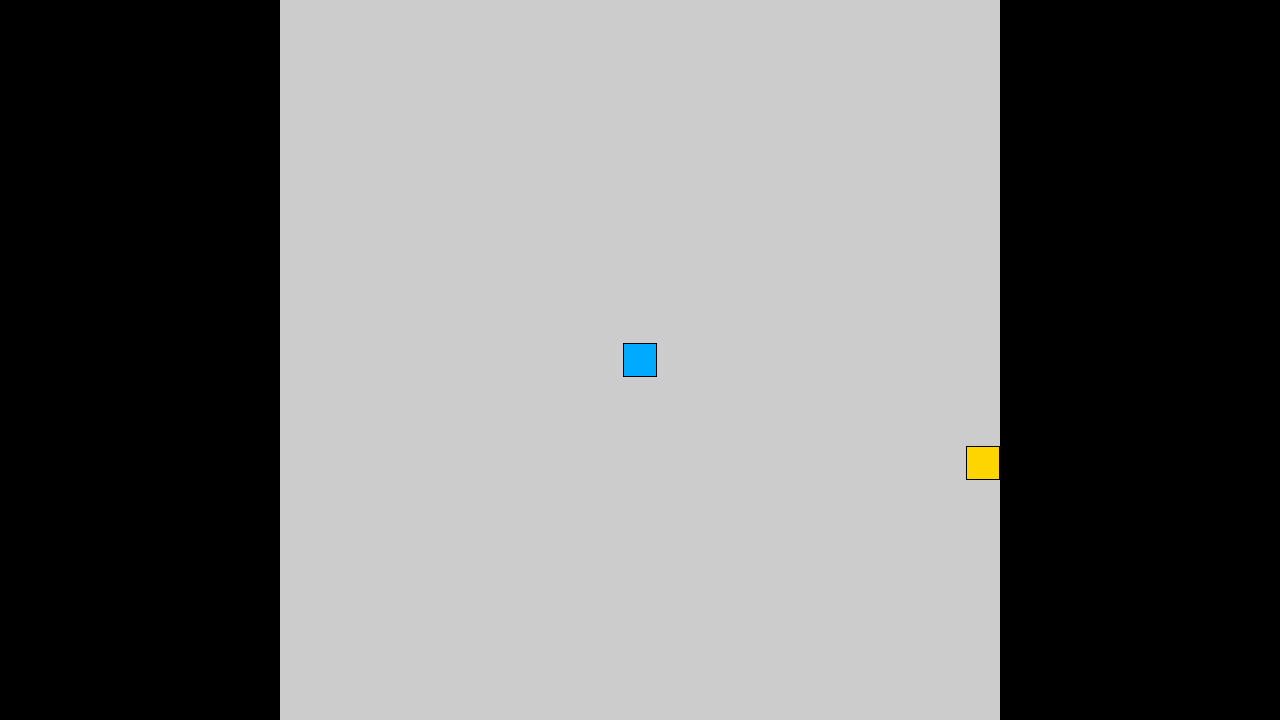
Repository: jinghuai8092/Snake_Game
Page: index.html
An editor plug-in stored every save of this project. The page is shown before and after a run of saves, followed by the edit.
The browser window is 1280 px wide. The pictures show the whole page.

Above is the page before, as saved 2021-11-16 14:38:47.
Console error: ReferenceError: outsideGrid is not defined

### index.html
<!DOCTYPE html>
<html lang="en">

<head>
    <meta charset="UTF-8">
    <meta http-equiv="X-UA-Compatible" content="IE=edge">
    <meta name="viewport" content="width=device-width, initial-scale=1.0">
    <title>Snake Game</title>
    <style>
        body {
            height: 100vh;
            width: 100vw;
            display: flex;
            justify-content: center;
            align-items: center;
            margin: 0;
            background-color: black;
        }

        #game-board {
            background-color: #ccc;
            width: 100vmin;
            height: 100vmin;
            display: grid;
            grid-template-rows: repeat(21, 1fr);
            grid-template-columns: repeat(21, 1fr);
        }

        .snake {
            background-color: hsl(200, 100%, 50%);
            border: .25vmin solid black;
        }

        .food {
            background-color: hsl(50, 100%, 50%);
            border: .25vmin solid black;
        }
    </style>
    <script src="game.js" defer type="module"></script>
</head>

<body>
    <div id="game-board">

    </div>
</body>

</html>

### game.js
import { update as updateSnake, draw as drawSnake, SNAKE_SPEED } from './snake.js'
import { update as updateFood, draw as drawFood } from './food.js'

let lastRenderTime = 0
let gameOver=false
const gameBoard = document.getElementById('game-board')

function main(currentTime) {
    if(gameOver){
       return alert('You lose')
    }
    window.requestAnimationFrame(main)
    const secondsSinceLastRender = (currentTime - lastRenderTime) / 1000
    if (secondsSinceLastRender < 1 / SNAKE_SPEED) return
    console.log('RENDER')
    lastRenderTime = currentTime

    update()
    draw()
    checkDeath()

}
window.requestAnimationFrame(main)

function update() {
    updateSnake()
    updateFood()
}

function draw() {
    gameBoard.innerHTML = ''
    drawSnake(gameBoard)
    drawFood(gameBoard)
}

function checkDeath() {
    gameOver = outsideGrid(getSnakeHead() || snakeIntersection())
}

### snake.js
import { getInputDirection } from "./input.js";

export const SNAKE_SPEED = 2
const snakeBody = [
    { x: 11, y: 11 }
];
let newSegments = 0;

export function update() {
    addSegments()

    const inputDirection = getInputDirection()
    for (let i = snakeBody.length - 2; i >= 0; i--) {
        snakeBody[i + 1] = { ...snakeBody[i] }
    }

    snakeBody[0].x += inputDirection.y
    snakeBody[0].y += inputDirection.x
}
export function draw(gameBoard) {
    snakeBody.forEach(segment => {
        const snakeElement = document.createElement('div')
        snakeElement.style.gridRowStart = segment.x
        snakeElement.style.gridColumnStart = segment.y
        snakeElement.classList.add('snake');
        gameBoard.appendChild(snakeElement)
    })
}

export function expandSnake(amount) {
    newSegments += amount
}
export function onSnake(position) {
    return snakeBody.some(segment => {
        return equalPositions(segment, position)
    })
}
export function getSnakeHead(){
    return snakeBody[0]
}

function equalPositions(pos1, pos2) {
    return (
        pos1.x === pos2.x && pos1.y === pos2.y
    )
}

function addSegments() {
    for (let i = 0; i < newSegments; i++) {
        snakeBody.push({ ...snakeBody[snakeBody.length - 1] })
    }
    newSegments=0
}

### food.js
import { randomGridPosition } from './grid.js'
import { onSnake, expandSnake } from './snake.js'
let food = getRandomFoodPosition()
const EXPANSION_RATE = 1

export function update() {
    if (onSnake(food)) {
        expandSnake(EXPANSION_RATE)
        food = getRandomFoodPosition()
    }
}
export function draw(gameBoard) {
    const foodElement = document.createElement('div')
    foodElement.style.gridRowStart = food.x
    foodElement.style.gridColumnStart = food.y
    foodElement.classList.add('food');
    gameBoard.appendChild(foodElement)
}
function getRandomFoodPosition() {
    let newFoodPosition
    while (newFoodPosition == null || onSnake(newFoodPosition)) {
        newFoodPosition = randomGridPosition()
    }
    return newFoodPosition
}

### input.js
let inputDirection = { x: 0, y: 0 }
let lastInputDirection = { x: 0, y: 0 }

window.addEventListener('keydown', e => {
    switch (e.key) {
        case "ArrowUp":
            if (lastInputDirection.y !== 0) break
            inputDirection = { x: 0, y: -1 }
            break
        case "ArrowDown":
            if (lastInputDirection.y !== 0) break
            inputDirection = { x: 0, y: 1 }
            break
        case "ArrowLeft":
            if (lastInputDirection.x !== 0) break
            inputDirection = { x: -1, y: 0 }
            break
        case "ArrowRight":
            if (lastInputDirection.x !== 0) break
            inputDirection = { x: 1, y: 0 }
            break
    }
})
export function getInputDirection() {
    return inputDirection
}

### grid.js
const GRID_SIZE=21
export function randomGridPosition(){
    return {
        x:Math.floor(Math.random()*GRID_SIZE)+1,
        y:Math.floor(Math.random()*GRID_SIZE)+1
    }
}
export function outsideGrid(position){
    return(
        position.x<1||position.x>GRID_SIZE||position.y<1||position.y>GRID_SIZE
    )
}

After the next 2 saves:
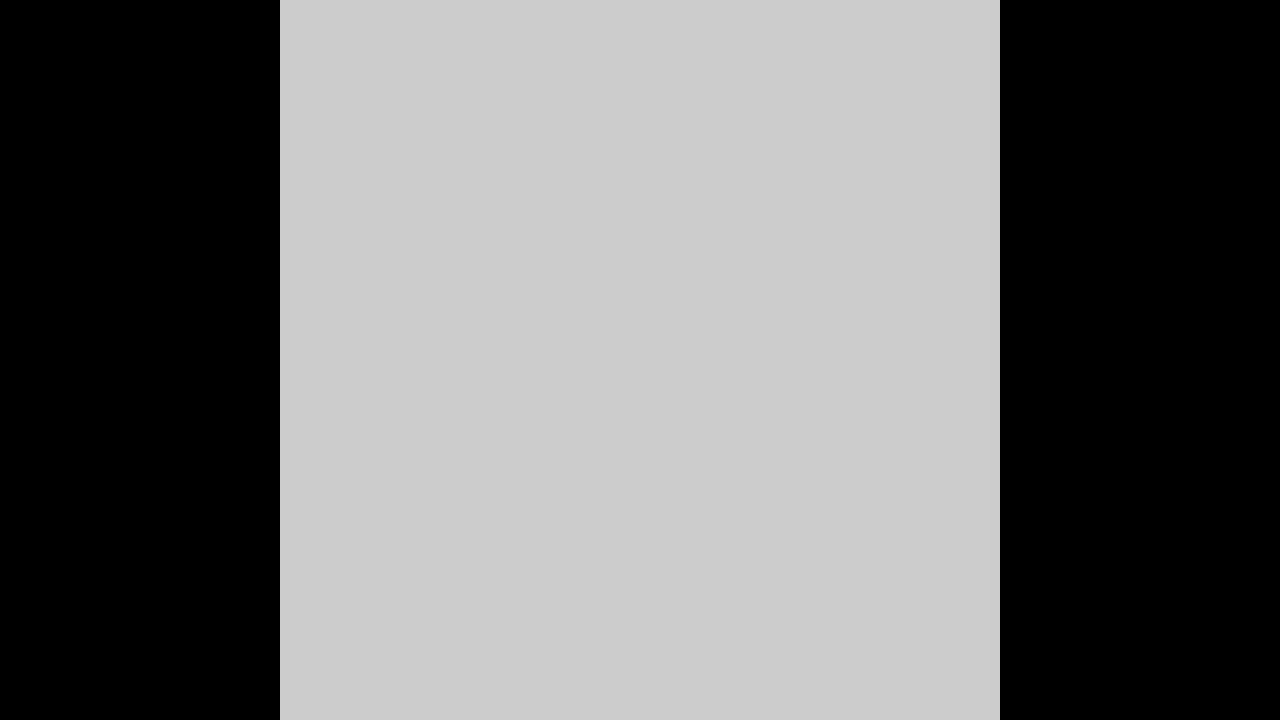
Console error: SyntaxError: Unexpected token 'function'
The 2 saves are shown as one change because they came seconds apart.
The last was saved 23 s later.
--- a/snake.js
+++ b/snake.js
@@ -39,6 +39,8 @@ export function getSnakeHead(){
     return snakeBody[0]
 }
 
+export function
+
 function equalPositions(pos1, pos2) {
     return (
         pos1.x === pos2.x && pos1.y === pos2.y
